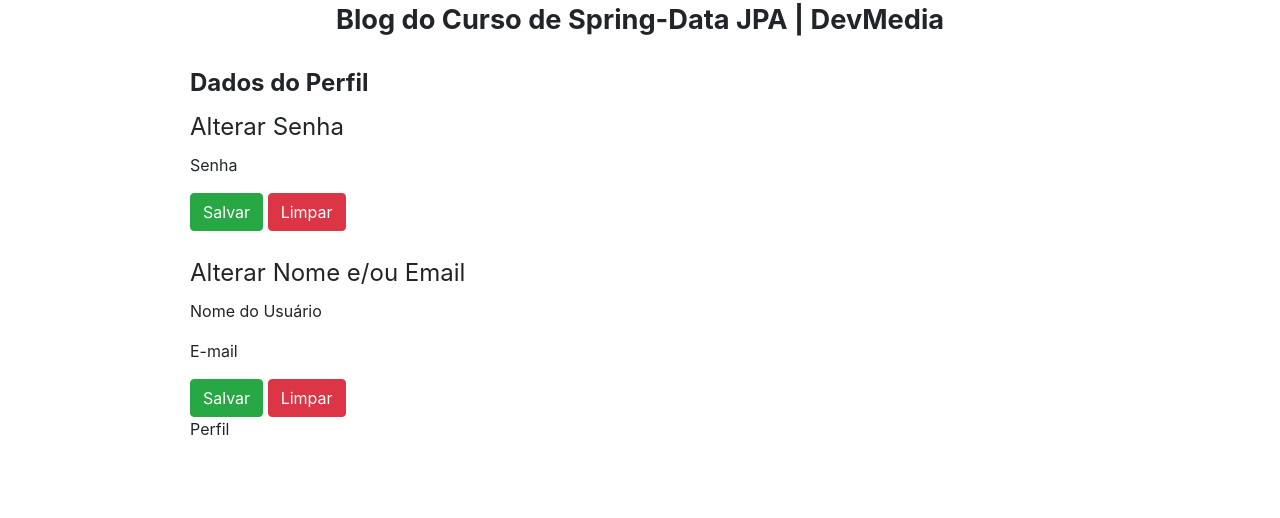
Repository: f4br1c10/Curso-Spring-Devmedia
Page: http://localhost/blog/WEB-INF/views/usuario/atualizar.jsp
These files come from the project's save history. The page is drawn as it stood at one moment and after the next save; the edit follows.
The browser window is 1280 px wide. The pictures show the whole page.
The page is served by Tomcat 9. Nobody is signed in. Other server files are loaded and not shown. The template is opened directly, without the code that normally fills it, so the values that code supplies are empty.

Above is the page before, as saved 2019-07-10 16:26:08.

### blog/src/main/webapp/WEB-INF/views/usuario/atualizar.jsp
<%@ page language="java" contentType="text/html; charset=UTF-8"
	pageEncoding="UTF-8"%>
<!DOCTYPE html>
<html>
<head>
<meta http-equiv="Content-Type" content="text/html; charset=UTF-8">
<title>Editar Usuário</title>
<link rel="stylesheet"
	href="https://stackpath.bootstrapcdn.com/bootstrap/4.3.1/css/bootstrap.min.css">
<style type="text/css">

.error {
	color: #ff0000;
}

.dropdown:hover>.dropdown-menu {
	display: block;
}

.table {
	width: 900px;
	text-align: center;
}

fieldset {
	width: 900px;
	margin: 0 auto;
}

fieldset.group .campo {
	float: left;
	margin-right: 2em;
}

.master {
	width: 960px;
	margin: 0 auto;
}

.header {
	text-align: center;
	font: monospace;
	font-size: 1.7em;
}
</style>
</head>
<body>
	<fieldset class="header">
		<b>Blog do Curso de Spring-Data JPA | DevMedia</b>
	</fieldset>
	<c:import url="../menu.jsp"></c:import>
	<br>
	<fieldset>
		<legend>
			<b>Dados do Perfil</b>
		</legend>
		<c:url var="save" value="/usuario/update/senha" />
		<form:form modelAttribute="usuario" action="${save}" method="post">
			<form:hidden path="id" />
			<fieldset class="group">
				<legend>Alterar Senha</legend>
				<div class="form-group">
					<form:label path="senha">Senha</form:label><br>
					<form:password path="senha" />
					<form:errors path="senha" cssClass="error"/>
				</div>
				<div>
					<button type="submit" class="btn btn-success">Salvar</button>
					<button type="reset" class="btn btn-danger">Limpar</button>
				</div>
			</fieldset>
		</form:form>
		<br>
		<c:url var="save" value="/usuario/update" />
		<form:form modelAttribute="usuario" action="${save}" method="post">
			<form:hidden path="id" />
			<fieldset class="group">
				<legend>Alterar Nome e/ou Email</legend>
				<div class="form-group">
					<form:label path="nome">Nome do Usuário</form:label><br>
					<form:input path="nome" type="text" value="${nome}"/>
					<form:errors path="nome" cssClass="error"/>
				</div>
				<div class="form-group">
					<form:label path="email">E-mail</form:label><br>
					<form:input path="email" type="email" value="${email}"/>
					<form:errors path="email" cssClass="error"/>
				</div>
				<div>
					<button type="submit" class="btn btn-success">Salvar</button>
					<button type="reset" class="btn btn-danger">Limpar</button>
				</div>
			</fieldset>
		</form:form>
		<c:url var="save" value="/usuario/update/perfil"/>
		<form:form modelAttribute="usuario" action="${save}" method="POST">
			<form:hidden path="id"/>
			<div class="form-group">
				<form:label path="perfil">Perfil</form:label>
				<br>
				<form:select path="perfil" required="true">
					<form:option value="ADMIN" label="ADMIN" />
					<form:option value="AUTOR" label="AUTOR" />
					<form:option value="LEITOR" label="LEITOR" />
				</form:select>
			</div>
		</form:form>
	</fieldset>
	<script src="https://code.jquery.com/jquery-3.3.1.slim.min.js"></script>
	<script
		src="https://stackpath.bootstrapcdn.com/bootstrap/4.1.3/js/bootstrap.min.js"></script>
</body>
</html>

After the next save:
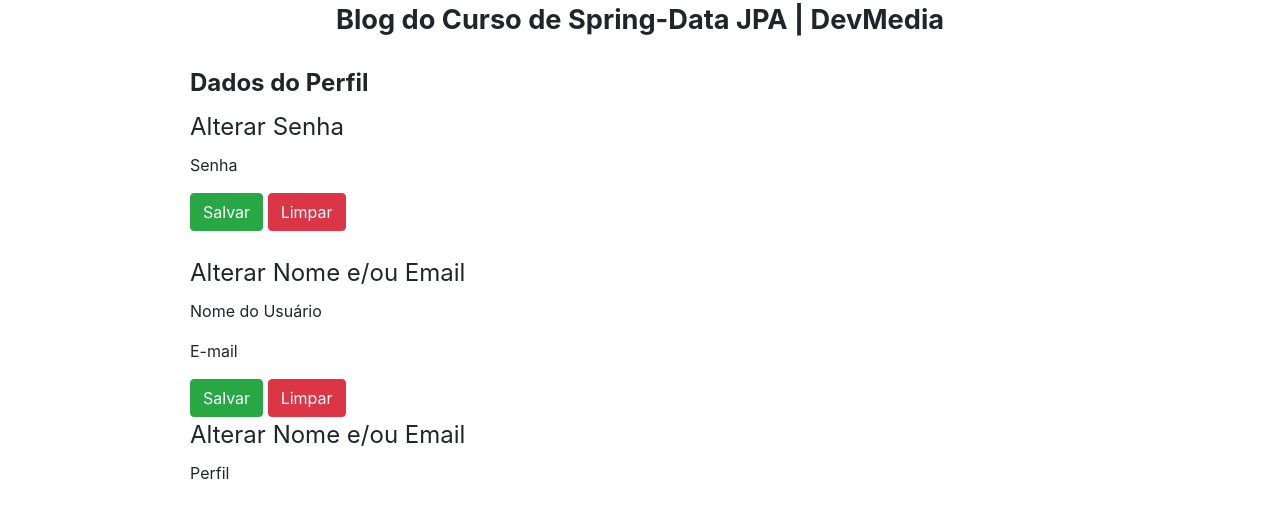
Saved 36 s later.
--- a/blog/src/main/webapp/WEB-INF/views/usuario/atualizar.jsp
+++ b/blog/src/main/webapp/WEB-INF/views/usuario/atualizar.jsp
@@ -95,15 +95,18 @@ fieldset.group .campo {
 		<c:url var="save" value="/usuario/update/perfil"/>
 		<form:form modelAttribute="usuario" action="${save}" method="POST">
 			<form:hidden path="id"/>
-			<div class="form-group">
-				<form:label path="perfil">Perfil</form:label>
-				<br>
-				<form:select path="perfil" required="true">
-					<form:option value="ADMIN" label="ADMIN" />
-					<form:option value="AUTOR" label="AUTOR" />
-					<form:option value="LEITOR" label="LEITOR" />
-				</form:select>
-			</div>
+			<fieldset class="group">
+				<legend>Alterar Nome e/ou Email</legend>
+				<div class="form-group">
+					<form:label path="perfil">Perfil</form:label>
+					<br>
+					<form:select path="perfil" required="true">
+						<form:option value="ADMIN" label="ADMIN" />
+						<form:option value="AUTOR" label="AUTOR" />
+						<form:option value="LEITOR" label="LEITOR" />
+					</form:select>
+				</div>
+			</fieldset>
 		</form:form>
 	</fieldset>
 	<script src="https://code.jquery.com/jquery-3.3.1.slim.min.js"></script>
